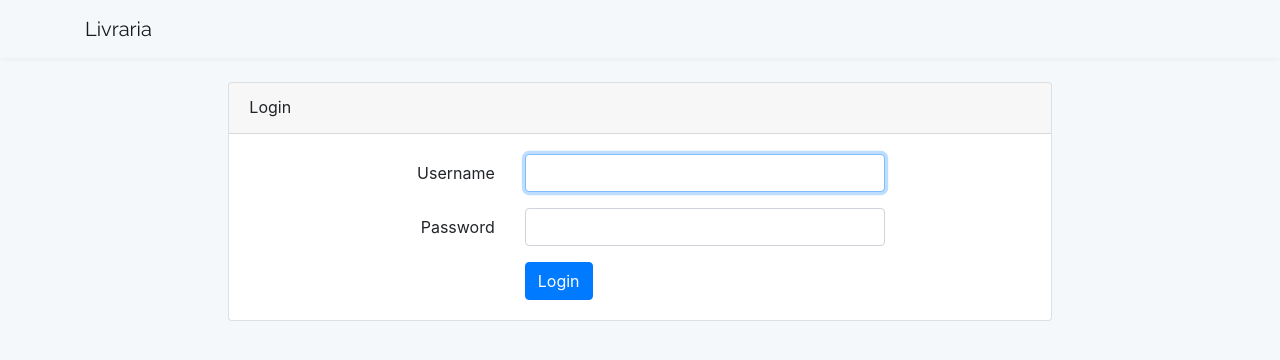
Repository: lxcxcxlxmb/moduleProject
Page: front/login.html
An editor plug-in stored every save of this project. The page is shown before and after the next save, followed by the edit.
The browser window is 1280 px wide. The pictures show the whole page.

Above is the page before, as saved 2022-09-06 14:09:51.

### front/login.html
<!doctype html>
<html lang="en">

<head>
    <!-- Required meta tags -->
    <meta charset="utf-8">
    <meta name="viewport" content="width=device-width, initial-scale=1, shrink-to-fit=no">

    <!-- Fonts -->
    <link rel="dns-prefetch" href="https://fonts.gstatic.com">
    <link href="https://fonts.googleapis.com/css?family=Raleway:300,400,600" rel="stylesheet" type="text/css">

    <link rel="stylesheet" href="css/style.css">

    <link rel="icon" href="Favicon.png">

    <!-- Bootstrap CSS -->
    <link rel="stylesheet" href="https://stackpath.bootstrapcdn.com/bootstrap/4.1.3/css/bootstrap.min.css">

    <title>Laravel</title>
</head>

<style>
    @import url(https://fonts.googleapis.com/css?family=Raleway:300,400,600);

    body {
        margin: 0;
        font-size: .9rem;
        font-weight: 400;
        line-height: 1.6;
        color: #212529;
        text-align: left;
        background-color: #f5f8fa;
    }

    .navbar-laravel {
        box-shadow: 0 2px 4px rgba(0, 0, 0, .04);
    }

    .navbar-brand,
    .nav-link,
    .my-form,
    .login-form {
        font-family: Raleway, sans-serif;
    }

    .my-form {
        padding-top: 1.5rem;
        padding-bottom: 1.5rem;
    }

    .my-form .row {
        margin-left: 0;
        margin-right: 0;
    }

    .login-form {
        padding-top: 1.5rem;
        padding-bottom: 1.5rem;
    }

    .login-form .row {
        margin-left: 0;
        margin-right: 0;
    }
</style>

<body>

    <nav class="navbar navbar-expand-lg navbar-light navbar-laravel">
        <div class="container">
            <a class="navbar-brand" href="#">Livraria</a>
            <button class="navbar-toggler" type="button" data-toggle="collapse" data-target="#navbarSupportedContent"
                aria-controls="navbarSupportedContent" aria-expanded="false" aria-label="Toggle navigation">
                <span class="navbar-toggler-icon"></span>
            </button>

        </div>
    </nav>

    <main class="login-form">
        <div class="cotainer">
            <div class="row justify-content-center">
                <div class="col-md-8">
                    <div class="card">
                        <div class="card-header">Login</div>
                        <div class="card-body">
                            <form action="" method="">
                                <div class="form-group row">
                                    <label for="user_name"
                                        class="col-md-4 col-form-label text-md-right">Username</label>
                                    <div class="col-md-6">
                                        <input type="text" id="user_name" class="form-control" name="user-name" required
                                            autofocus>
                                    </div>
                                </div>

                                <div class="form-group row">
                                    <label for="password" class="col-md-4 col-form-label text-md-right">Password</label>
                                    <div class="col-md-6">
                                        <input type="password" id="password" class="form-control" name="password"
                                            required>
                                    </div>
                                </div>

                                <div class="col-md-6 offset-md-4">
                                    <button type="submit" class="btn btn-primary">
                                        Login
                                    </button>
                                </div>
                        </div>
                        </form>
                    </div>
                </div>
            </div>
        </div>
        </div>

    </main>

</body>

</html>

### front/style.css
* {
    box-sizing: border-box;
    font-family: -apple-system, BlinkMacSystemFont, "segoe ui", roboto, oxygen, ubuntu, cantarell, "fira sans", "droid sans", "helvetica neue", Arial, sans-serif;
    font-size: 16px;
}
body {
    background-color: #435165;
}
.login {
    width: 400px;
    background-color: #ffffff;
    box-shadow: 0 0 9px 0 rgba(0, 0, 0, 0.3);
    margin: 100px auto;
}
.login h1 {
    text-align: center;
    color: #5b6574;
    font-size: 24px;
    padding: 20px 0 20px 0;
    border-bottom: 1px solid #dee0e4;
}
.login form {
    display: flex;
    flex-wrap: wrap;
    justify-content: center;
    padding-top: 20px;
}
.login form label {
    display: flex;
    justify-content: center;
    align-items: center;
    width: 50px;
    height: 50px;
    background-color: #3274d6;
    color: #ffffff;
}
.login form input[type="password"], .login form input[type="text"] {
    width: 310px;
    height: 50px;
    border: 1px solid #dee0e4;
    margin-bottom: 20px;
    padding: 0 15px;
}
.login form input[type="button"] {
    width: 100%;
    padding: 15px;
   margin-top: 20px;
    background-color: #3274d6;
    border: 0;
    cursor: pointer;
    font-weight: bold;
    color: #ffffff;
    transition: background-color 0.2s;
}
.login form input[type="button"]:hover {
  background-color: #2868c7;
    transition: background-color 0.2s;
}

After the next save:
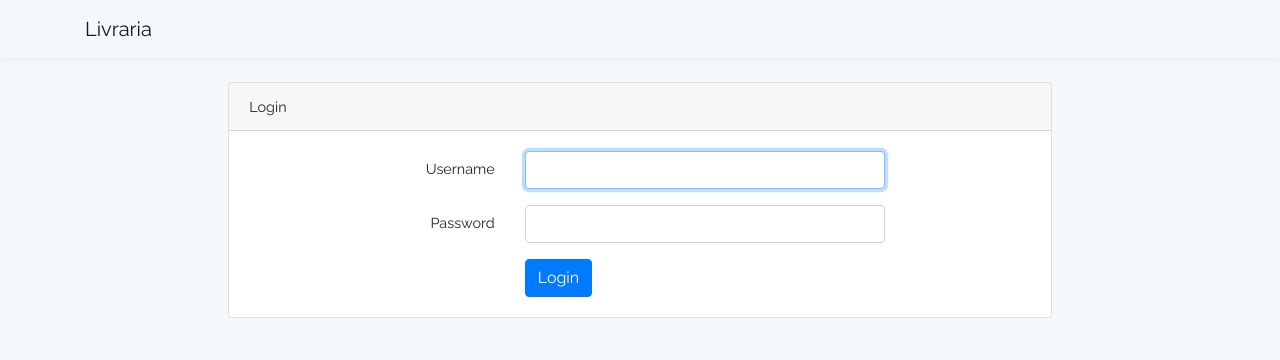
Saved 15 s later.
--- a/front/login.html
+++ b/front/login.html
@@ -10,7 +10,6 @@
     <link rel="dns-prefetch" href="https://fonts.gstatic.com">
     <link href="https://fonts.googleapis.com/css?family=Raleway:300,400,600" rel="stylesheet" type="text/css">
 
-    <link rel="stylesheet" href="css/style.css">
 
     <link rel="icon" href="Favicon.png">
 
